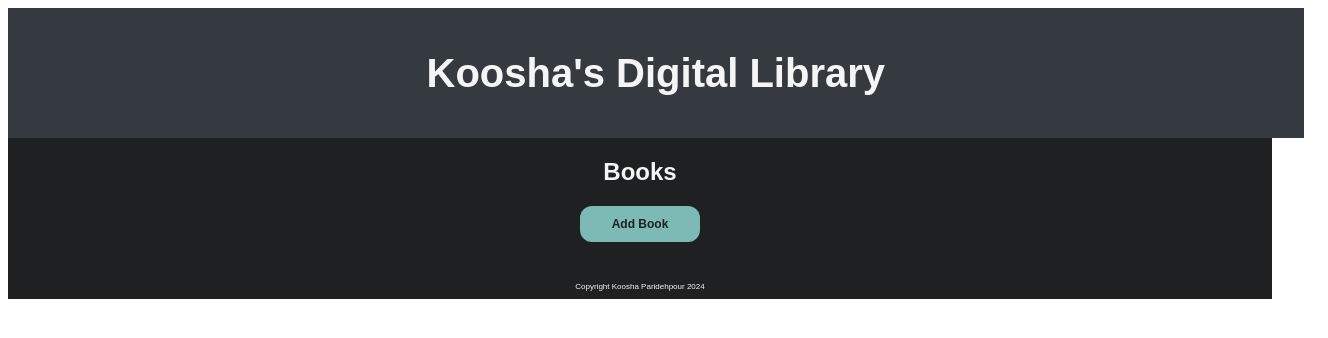
Repository: KooshaPari/odin-TTT
Page: index.html
These files come from the project's save history. The page is drawn as it stood at one moment and after the next save; the edit follows.
The browser window is 1280 px wide. The page is 1328 px wide, then 1304 px, so the pictures cover 1328 px, including what lies to the right of the window. The pictures show the whole page.

Above is the page before, as saved 2024-03-14 22:28:59.

### index.html
<!doctype html>
<html lang="en">
  <head>
    <meta charset="UTF-8" />

    <link rel="stylesheet" href="./style.css" />
    <meta name="viewport" content="width=device-width, initial-scale=1.0" />
    <title>Document</title>
  </head>
  <body>
    <div id="parent">
      <div id="header">
        <h1>Koosha's Digital Library</h1>
      </div>
      <div id="body">
        <div class="isVisible" id="bookForm">
          <form id="bookAdd">
            <input
              type="text"
              name="bookName"
              class="inpForm"
              id="bookName"
              placeholder="Book Name"
            />
            <input
              type="text"
              name="bookAuthor"
              class="inpForm"
              id="bookAuthor"
              placeholder="Book Author"
            />
            <input
              type="text"
              name="bookPages"
              class="inpForm"
              id="bookPages"
              placeholder="Book Pages"
            />
            <label for="bookRead" id="bookLBL">Book Read?</label>
            <input
              type="checkbox"
              class="inpForm"
              name="bookRead"
              value="1"
              id="bookRead"
              placeholder="Book Read"
            />

            <button id="subBtn" type="submit">Submit</button>
          </form>
        </div>
        <h2 id="title">Books</h2>
        <button id="add-book">Add Book</button>
        <ol id="book-list"></ol>
      </div>
      <div id="footer">
        <p>Copyright Koosha Paridehpour 2024</p>
      </div>
    </div>
  </body>
  <script src="./lib.js"></script>
</html>

### style.css
* {
  font-family: sans-serif;
}
#parent {
  background-color: #1f2022;
  width: 100%;
  height: 100%;
}
#header {
  background-color: #353a40;
  padding: 1.25%;
  width: 100%;
  height: 100%;
}
#header h1 {
  color: #f6f5f5;

  font-size: 2.5em;
}
#footer p {
  color: #f6f5f5;
  font-size: 0.5em;
}

#header,
#footer,
#body {
  display: flex;
  align-items: center;
  justify-content: center;
}
#title {
  color: #f6f5f5;
}
#body {
  flex-direction: column;
}
#add-book {
  cursor: pointer;
  color: #1f2022;
  background-color: #7ebab5;
  border-radius: 1em;
  border: none;
  padding: 0.5em;
  height: 3em;
  width: 10em;
  font-size: 12px;
  font-weight: bold;
  -webkit-border-radius: 1em;
  -moz-border-radius: 1em;
  -ms-border-radius: 1em;
  -o-border-radius: 1em;
}
#bookForm {
  position: absolute;
  width: 100vw;
  height: 100%;
  padding: 3em;
  background-color: rgba(0, 0, 0, 0.5);
  align-items: center;
  justify-content: center;
  display: flex;
}
#bookAdd {
  align-items: center;
  justify-content: center;
  display: flex;
  gap: 1em;
}
.isVisible {
  visibility: hidden;
}
#add-book:hover {
  background-color: #5e8d87;
}
#add-book:active {
  background-color: #3e6d67;
}
.inpForm {
  flex: 1;
  background-color: #353a40;
  padding: 1em;
  border-radius: 2em;
}
#bookRead {
  background-color: red;
}
#bookLBL {
  color: #f6f5f5;
  font-weight: bold;
}
#subBtn {
  background: #7ebab5;
  border-radius: 2em;
  padding: 1em;
  -webkit-border-radius: 2em;
  -moz-border-radius: 2em;
  -ms-border-radius: 2em;
  -o-border-radius: 2em;
}
#bookList {
  padding: 0;
  justify-content: center;
}
.cardItem {
  list-style: none;
}
.cardCont {
  margin: 1em;
  flex: 1;
  background-color: #7ebab5;
  padding: 1em;
  border-radius: 2em;
  align-items: center;
  justify-content: center;
  display: flex;
  flex-direction: row;
  -webkit-border-radius: 2em;
  -moz-border-radius: 2em;
  -ms-border-radius: 2em;
  -o-border-radius: 2em;
}
.cardCont * {
  color: #0f1012;
  margin: 0.25em;
}

### lib.js
const myLibrary = []

function Book(title, author, pages, read) {
  this.title = title
  this.author = author
  this.pages = pages
  this.read = read
}

function addBookToLibrary(book) {
  myLibrary.push(book)
}
const page = document.getElementById('body')
const bookList = document.getElementById('book-list')
const bookForm = document.getElementById('bookForm')
bookForm.addEventListener('submit', genBook)
/* CREATE PREMADE CARD GENERIC THAT IS CLONE & MODIFIED WITH GIVEN INFORMATION */
function render() {
  bookList.innerHTML = ''
  for (let book of myLibrary) {
    bookList.appendChild(createBookCard(book))
  }
}
const addBook = document.getElementById('add-book')
addBook.addEventListener('click', () => bookAddHandler())

function bookAddHandler() {
  bookForm.classList.toggle('isVisible')
  console.log('TOGGLE: ', bookForm.classList)
}
function genBook(event) {
  event.preventDefault() // Prevent the default form submission behavior

  // Access form data
  const formData = new FormData(event.target)
  let curBook = new Book(
    formData.get('bookName'),
    formData.get('bookAuthor'),
    formData.get('bookPages'),
    formData.get('bookRead')
  )
  console.log('LOADING')
  bookAddHandler()
  addBookToLibrary(curBook)
  render()
}
function createBookCard(book) {
  const card = document.createElement('li')
  card.classList.add('cardItem')
  card.innerHTML = `<div class="cardCont" >
    <h3>${book.title}</h3>
    <p>${book.author}</p>
    <p>${book.pages}</p>
    <p>${book.read}</p>
    </div>`
  return card
}
render()

After the next save:
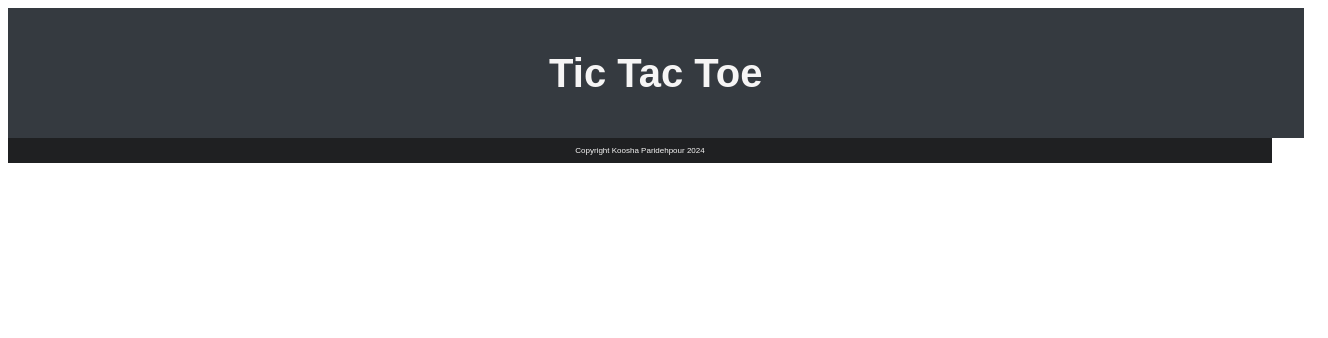
Saved 14 min 59 s later.
--- a/index.html
+++ b/index.html
@@ -10,53 +10,12 @@
   <body>
     <div id="parent">
       <div id="header">
-        <h1>Koosha's Digital Library</h1>
+        <h1>Tic Tac Toe</h1>
       </div>
-      <div id="body">
-        <div class="isVisible" id="bookForm">
-          <form id="bookAdd">
-            <input
-              type="text"
-              name="bookName"
-              class="inpForm"
-              id="bookName"
-              placeholder="Book Name"
-            />
-            <input
-              type="text"
-              name="bookAuthor"
-              class="inpForm"
-              id="bookAuthor"
-              placeholder="Book Author"
-            />
-            <input
-              type="text"
-              name="bookPages"
-              class="inpForm"
-              id="bookPages"
-              placeholder="Book Pages"
-            />
-            <label for="bookRead" id="bookLBL">Book Read?</label>
-            <input
-              type="checkbox"
-              class="inpForm"
-              name="bookRead"
-              value="1"
-              id="bookRead"
-              placeholder="Book Read"
-            />
-
-            <button id="subBtn" type="submit">Submit</button>
-          </form>
-        </div>
-        <h2 id="title">Books</h2>
-        <button id="add-book">Add Book</button>
-        <ol id="book-list"></ol>
-      </div>
+      <div id="body"></div>
       <div id="footer">
         <p>Copyright Koosha Paridehpour 2024</p>
       </div>
     </div>
   </body>
-  <script src="./lib.js"></script>
 </html>
